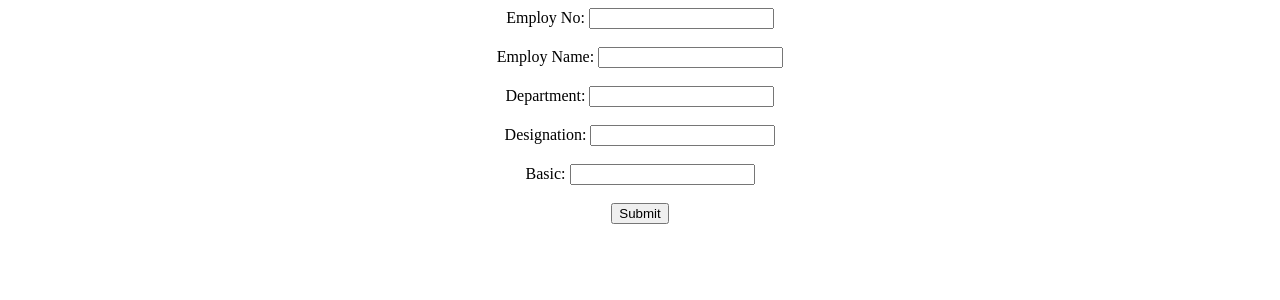
Repository: vinodkumarr269/mode1
Page: http://localhost/EmployCrude/AddEmploy.jsp
These files come from the project's save history. The page is drawn as it stood at one moment and after the next save; the edit follows.
The browser window is 1280 px wide. The pictures show the whole page.
The page is served by Tomcat 9. Queries for data that is not in the repository find no rows.

Above is the page before, as saved 2019-08-21 07:23:58.

After the next save:
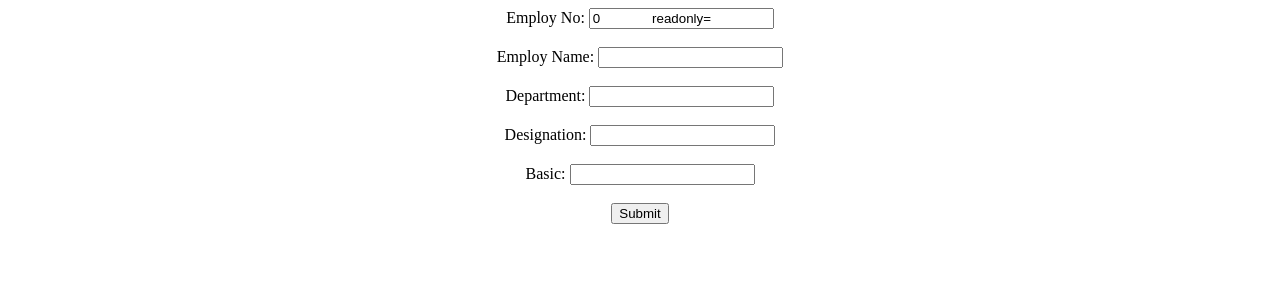
Saved 65 s later.
--- a/day13/EmployCrude/WebContent/AddEmploy.jsp
+++ b/day13/EmployCrude/WebContent/AddEmploy.jsp
@@ -22,7 +22,9 @@ int empno=rs.getInt("empno");
 <form method="get" action="AddEmploy.jsp">
 		<center>
 		Employ No:
-		<input type="text" readonly="readonly" name="empno"/><br/><br/>
+		<input type="text"
+		value="<%=empno %>
+		readonly="readonly" name="empno"/><br/><br/>
 		Employ Name:
 		<input type="text" name="name"/><br/><br/>
 		Department:
